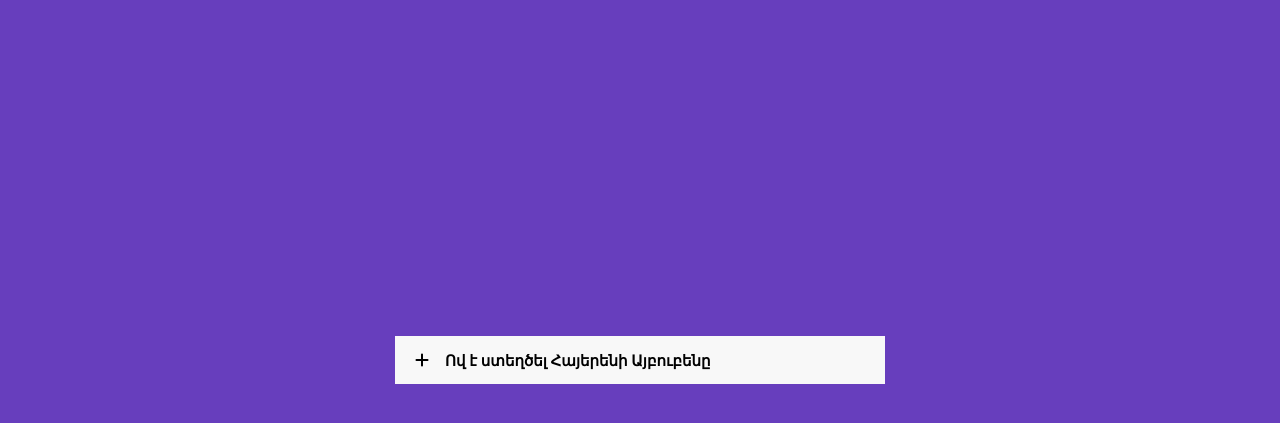
Repository: vardgeshakobyann/Accordion-ReactJS
Page: /
An editor plug-in stored every save of this project. The page is shown before and after the next save, followed by the edit.
The browser window is 1280 px wide. The pictures show the whole page.
The project was rebuilt for these pictures with package versions that can differ from the ones it lists, and the page was loaded fresh each time.

Above is the page before, as saved 2025-06-11 09:24:32.

### public/index.html
<!DOCTYPE html>
<html lang="en">
  <head>
    <meta charset="utf-8" />
    <link rel="icon" href="%PUBLIC_URL%/favicon.ico" />
    <meta name="viewport" content="width=device-width, initial-scale=1" />
    <meta name="theme-color" content="#000000" />
    <meta
      name="description"
      content="Web site created using create-react-app"
    />
    <link rel="apple-touch-icon" href="%PUBLIC_URL%/logo192.png" />
    <!--
      manifest.json provides metadata used when your web app is installed on a
      user's mobile device or desktop. See https://developers.google.com/web/fundamentals/web-app-manifest/
    -->
    <link rel="manifest" href="%PUBLIC_URL%/manifest.json" />
    <!--
      Notice the use of %PUBLIC_URL% in the tags above.
      It will be replaced with the URL of the `public` folder during the build.
      Only files inside the `public` folder can be referenced from the HTML.

      Unlike "/favicon.ico" or "favicon.ico", "%PUBLIC_URL%/favicon.ico" will
      work correctly both with client-side routing and a non-root public URL.
      Learn how to configure a non-root public URL by running `npm run build`.
    -->
      <link rel="stylesheet" href="https://cdnjs.cloudflare.com/ajax/libs/font-awesome/6.7.2/css/all.min.css" integrity="sha512-Evv84Mr4kqVGRNSgIGL/F/aIDqQb7xQ2vcrdIwxfjThSH8CSR7PBEakCr51Ck+w+/U6swU2Im1vVX0SVk9ABhg==" crossorigin="anonymous" referrerpolicy="no-referrer" />
    <title>React App</title>
  </head>
  <body>
    <noscript>You need to enable JavaScript to run this app.</noscript>
    <div id="root"></div>
    <!--
      This HTML file is a template.
      If you open it directly in the browser, you will see an empty page.

      You can add webfonts, meta tags, or analytics to this file.
      The build step will place the bundled scripts into the <body> tag.

      To begin the development, run `npm start` or `yarn start`.
      To create a production bundle, use `npm run build` or `yarn build`.
    -->
  </body>
</html>

### src/index.js
import ReactDOM from 'react-dom/client';
import './index.css';
import App from './App';

const root = ReactDOM.createRoot(document.getElementById('root'));
root.render(<App />);

### src/index.css
* {
  margin: 0;
  padding: 0;
  box-sizing: border-box;
}

body {
  margin: 0;
  font-family: -apple-system, BlinkMacSystemFont, 'Segoe UI', 'Roboto', 'Oxygen',
    'Ubuntu', 'Cantarell', 'Fira Sans', 'Droid Sans', 'Helvetica Neue',
    sans-serif;
  -webkit-font-smoothing: antialiased;
  -moz-osx-font-smoothing: grayscale;
  background: #673EBD;
}

code {
  font-family: source-code-pro, Menlo, Monaco, Consolas, 'Courier New',
    monospace;
}

### src/App.js
import './App.css';
import Accordion from './components/Accordion/Accordion';

function App() {
  return (
    <div className="App">
      <Accordion />
    </div>
  );
}

export default App;

### src/App.css
.App {
  width: 100%;
  height: 100vh;
  display: flex;
  justify-content: center;
  align-items: center;
}

### src/components/Accordion/Accordion.jsx
import './accordion.css';
import { data } from '../../DB';
import AccordionItem from '../AccordionItem/AccordionItem';

const Accordion = () => {
    return (
        <div className="accordion">
            {
                data.map((el) => {
                    return (
                        <AccordionItem
                            key={el.id}
                            question={el.question}
                        />
                    )
                })
            }
        </div>
    )
}

export default Accordion;

### src/components/Accordion/accordion.css
.accordion {
    width: 490px;
    border-radius: 4px;
}

### src/DB.js
export const data = [
    {
        id: 1,
        question: "Ով է ստեղծել Հայերենի Այբուբենը",
        answer: "Մեսրոպ Մաշտոցը 405թ -ին 5րդ դարում",
        isComplited: false,
        open: false
    }
];

### src/components/AccordionItem/AccordionItem.jsx
import './accordionItem.css';

const AccordionItem = ({question}) => {
    return (
        <div className="accordionItem">
            <div className="header">
                <div className="leftBlock">
                    <i className="fa-solid fa-plus"></i>
                    <p>{question}</p>
                </div>
                <div className="rightBlock"></div>
            </div>
        </div>
    )
}

export default AccordionItem;

### src/components/AccordionItem/accordionItem.css
.accordionItem {
    width: 100%;
}

.accordionItem .header {
    width: 100%;
    height: 48px;
    background: #F8F8F8;
    padding: 10px;
    display: flex;
    justify-content: space-between;
    align-items: center;
    cursor: pointer;
}

.accordionItem .header .leftBlock {
    display: flex;
    justify-content: center;
    align-items: center;
    gap: 16px;
    padding: 10px;
}

.accordionItem .header .leftBlock p {
    font-weight: 600;
    font-size: 15px;
}

After the next save:
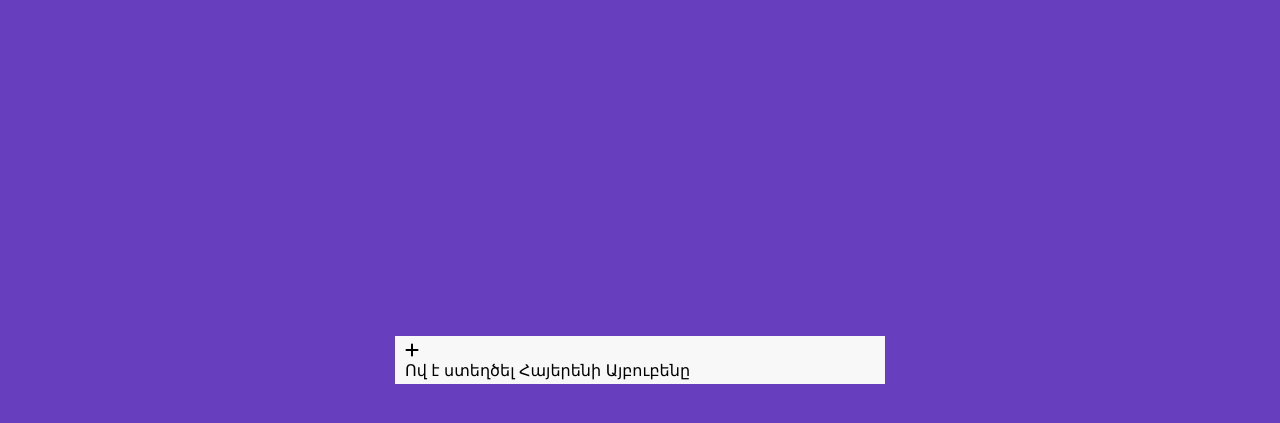
Saved 11 s later.
--- a/src/components/AccordionItem/accordionItem.css
+++ b/src/components/AccordionItem/accordionItem.css
@@ -13,7 +13,7 @@
     cursor: pointer;
 }
 
-.accordionItem .header .leftBlock {
+.accordionItem .header .block {
     display: flex;
     justify-content: center;
     align-items: center;
@@ -21,7 +21,7 @@
     padding: 10px;
 }
 
-.accordionItem .header .leftBlock p {
+.accordionItem .header .block p {
     font-weight: 600;
     font-size: 15px;
 }

After the 2 saves that followed:
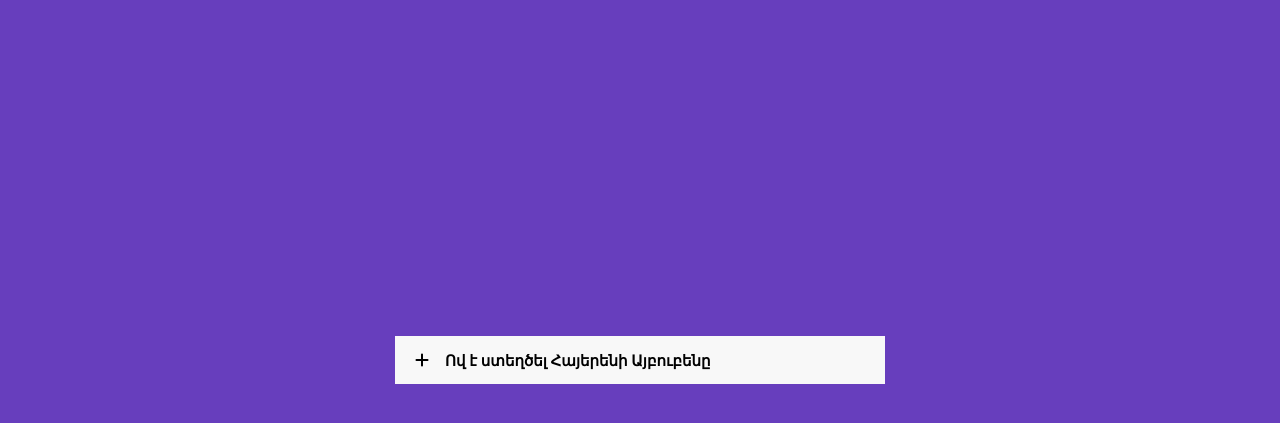
The 2 saves are shown as one change because they came seconds apart.
The last was saved 9 s later.
--- a/src/components/AccordionItem/AccordionItem.jsx
+++ b/src/components/AccordionItem/AccordionItem.jsx
@@ -4,11 +4,10 @@ const AccordionItem = ({question}) => {
     return (
         <div className="accordionItem">
             <div className="header">
-                <div className="leftBlock">
+                <div className="block">
                     <i className="fa-solid fa-plus"></i>
                     <p>{question}</p>
                 </div>
-                <div className="rightBlock"></div>
             </div>
         </div>
     )
